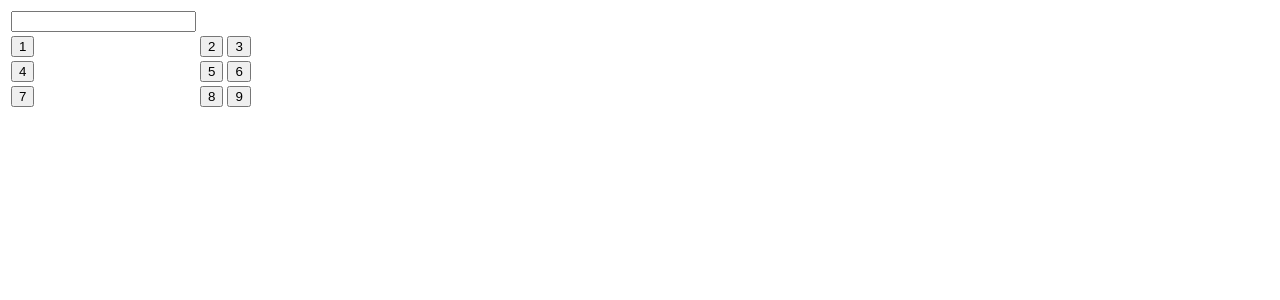
Repository: JungYOsup/Mini_project
Page: http://localhost/EsCape_Room/result_form.jsp
The author's editor kept a copy of each file at every save. The page is drawn from the files as they stood at one save, then again after the next save.
The browser window is 1280 px wide. The pictures show the whole page.
The page is served by Tomcat 9.

Above is the page before, as saved 2018-01-15 08:44:42.

After the next save:
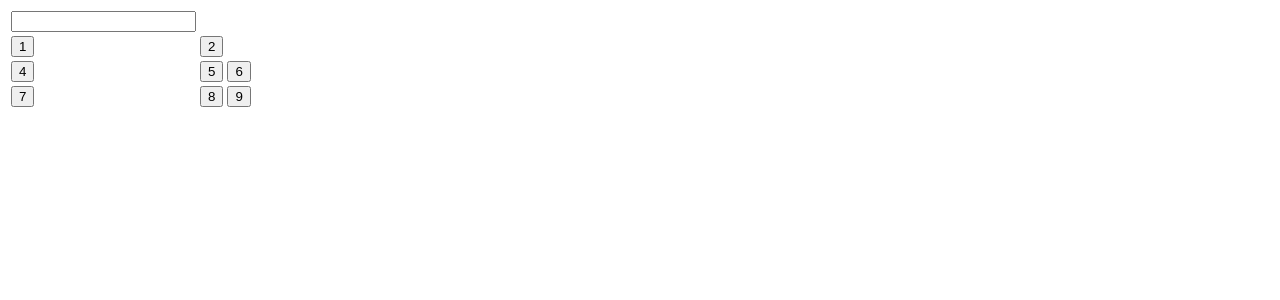
Console error (its wording comes from the project's code and is left out).
Saved 8 s later.
--- a/EsCape_Room/WebContent/result_form.jsp
+++ b/EsCape_Room/WebContent/result_form.jsp
@@ -35,9 +35,8 @@
 		</tr>
 
 		<tr>
-			<td><input type="button" value="1"
-				onclick="inputText(this.value)"></td>
-			<td><input type="button" value="2"></td>
+			<td><input type="button" value="1"onclick="inputText(this.value)"></td>
+			<td><input type="button" value="2" onclick="inputText(this.value)></td>
 			<td><input type="button" value="3"></td>
 		</tr>
 		<tr>

After the save that followed:
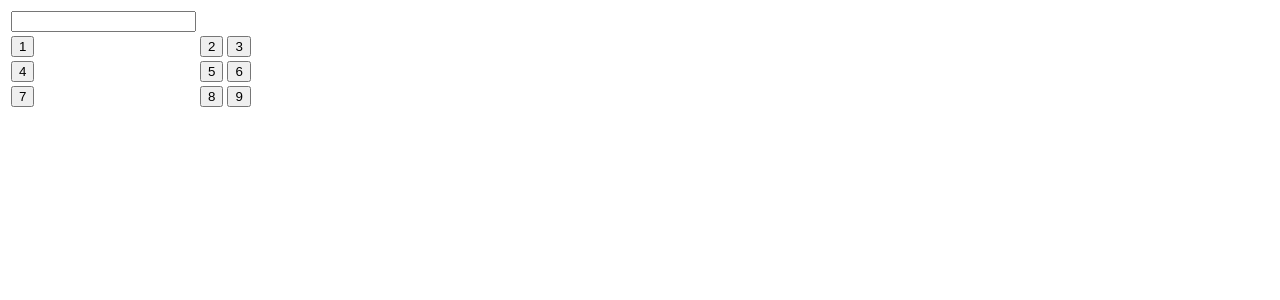
The error is gone.
Saved 4 s later.
--- a/EsCape_Room/WebContent/result_form.jsp
+++ b/EsCape_Room/WebContent/result_form.jsp
@@ -36,7 +36,7 @@
 
 		<tr>
 			<td><input type="button" value="1"onclick="inputText(this.value)"></td>
-			<td><input type="button" value="2" onclick="inputText(this.value)></td>
+			<td><input type="button" value="2"onclick="inputText(this.value)"></td>
 			<td><input type="button" value="3"></td>
 		</tr>
 		<tr>
